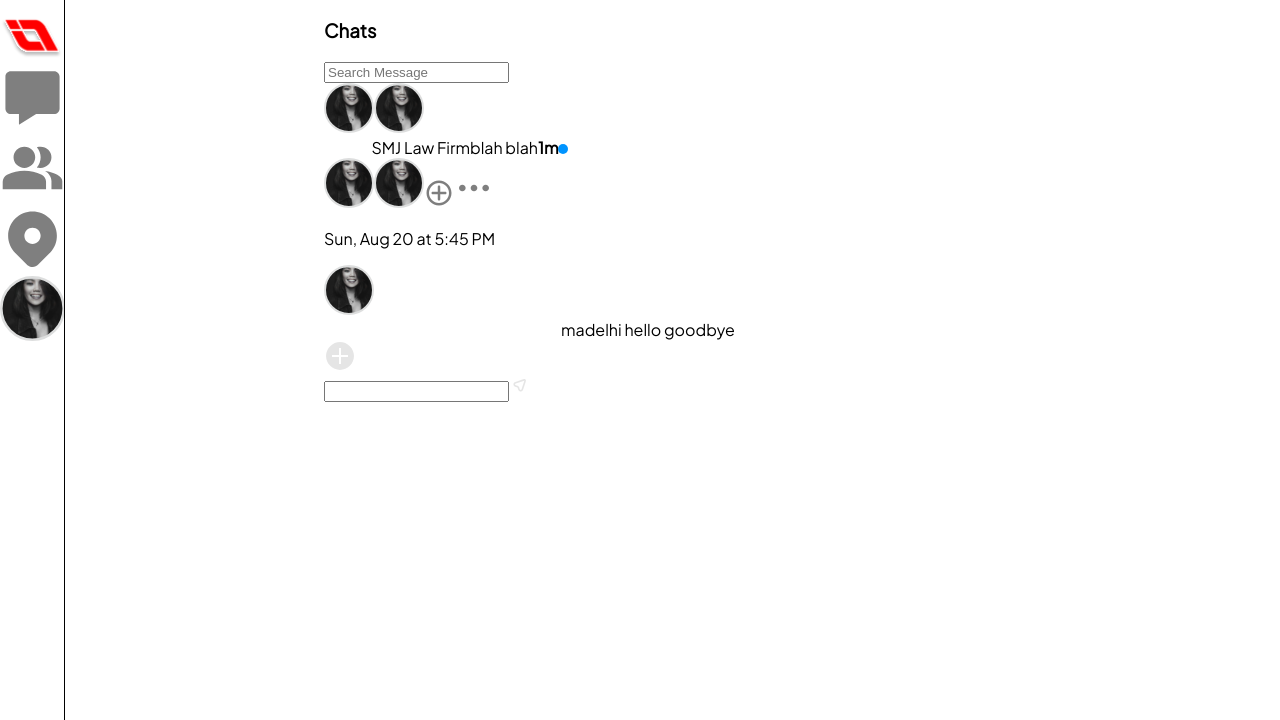
Repository: Nicktacku/LawChat
Page: /homechat (app in frontend/lawchat/)
These files come from the project's save history. The page is drawn as it stood at one moment and after the next save; the edit follows.
The browser window is 1280 px wide. The pictures show the whole page.
The project was rebuilt for these pictures with package versions that can differ from the ones it lists, and the page was loaded fresh each time. Also part of the build but not shown: frontend/lawchat/src/styles/button.css, frontend/lawchat/src/components/Button.js, frontend/lawchat/src/pages/Home.js, frontend/lawchat/src/pages/Login.js, frontend/lawchat/src/pages/Test.js.

Above is the page before, as saved 2024-08-15 14:19:02.

### frontend/lawchat/public/index.html
<!DOCTYPE html>
<html lang="en">
  <head>
    <meta charset="utf-8" />
    <link rel="icon" href="%PUBLIC_URL%/favicon.ico" />
    <meta name="viewport" content="width=device-width, initial-scale=1" />
    <meta name="theme-color" content="#000000" />
    <meta
      name="description"
      content="Web site created using create-react-app"
    />
    <link rel="apple-touch-icon" href="%PUBLIC_URL%/logo192.png" />
    <!--
      manifest.json provides metadata used when your web app is installed on a
      user's mobile device or desktop. See https://developers.google.com/web/fundamentals/web-app-manifest/
    -->
    <link rel="manifest" href="%PUBLIC_URL%/manifest.json" />
    <link
      href="https://fonts.googleapis.com/css?family=Plus Jakarta Sans"
      rel="stylesheet"
    />
    <!--
      Notice the use of %PUBLIC_URL% in the tags above.
      It will be replaced with the URL of the `public` folder during the build.
      Only files inside the `public` folder can be referenced from the HTML.

      Unlike "/favicon.ico" or "favicon.ico", "%PUBLIC_URL%/favicon.ico" will
      work correctly both with client-side routing and a non-root public URL.
      Learn how to configure a non-root public URL by running `npm run build`.
    -->
    <title>React App</title>
  </head>
  <body>
    <noscript>You need to enable JavaScript to run this app.</noscript>
    <div id="root"></div>
    <!--
      This HTML file is a template.
      If you open it directly in the browser, you will see an empty page.

      You can add webfonts, meta tags, or analytics to this file.
      The build step will place the bundled scripts into the <body> tag.

      To begin the development, run `npm start` or `yarn start`.
      To create a production bundle, use `npm run build` or `yarn build`.
    -->
  </body>
</html>

### frontend/lawchat/src/App.js
import Home from "./pages/Home.js";
import Login from "./pages/Login.js";
import HomeChat from "./pages/HomeChat.js";

import {
  createBrowserRouter,
  createRoutesFromElements,
  Route,
  RouterProvider,
} from "react-router-dom";
import Test from "./pages/Test.js";

const router = createBrowserRouter(
  createRoutesFromElements(
    <Route path="/">
      <Route index element={<Home />} />
      <Route path="/login" element={<Login />} />
      <Route path="/homechat" element={<HomeChat />} />
      <Route path="/test" element={<Test />} />
    </Route>
  )
);

function App() {
  return (
    <div className="App">
      {/* <Login /> */}
      <RouterProvider router={router} />
    </div>
  );
}

export default App;

### frontend/lawchat/src/pages/HomeChat.js
import React from "react";

import logo from "../images/logo.svg";
import chaticon from "../images/chaticon.svg";
import friendsicon from "../images/friendsicon.svg";
import locationicon from "../images/locationicon.svg";
import personaldp from "../images/personaldp.svg";

import newchaticon from "../images/newchaticon.svg";
import ChatPreview from "../components/ChatPreview";

import addicon from "../images/addicon.svg";
import tripledoticon from "../images/tripledoticon.svg";
import ChatBubble from "../components/ChatBubble";

import attachicon from "../images/attachicon.svg";

import sendicon from "../images/sendicon.svg";

import "../styles/homechat.css";

const HomeChat = () => {
  return (
    <div className="container">
      <div className="sidebar">
        <img src={logo} className="img" /> <br />
        <img src={chaticon} className="img" /> <br />
        <img src={friendsicon} className="img" /> <br />
        <img src={locationicon} className="img" /> <br />
        <img src={personaldp} className="img" /> <br />
      </div>
      <div className="chats">
        <h3 className="h3">
          <b>Chats</b>
        </h3>
        <image src={newchaticon} />
        <form>
          <input type="text" placeholder="Search Message" />
        </form>
        <ChatPreview name="SMJ Law Firm" preview="blah blah" />
      </div>
      <div className="chat">
        <div className="chat-bar">
          <img src={personaldp} />
          <img src={personaldp} />
          <img src={addicon} />
          <img src={tripledoticon} />
        </div>
        <div className="chat-content">
          <p>Sun, Aug 20 at 5:45 PM</p>
          <ChatBubble name="madel" message="hi hello goodbye" />
        </div>
        <div className="chatbox">
          <img src={attachicon} />
          <form>
            <input type="text" placeholder="" />
            <img src={sendicon} />
          </form>
        </div>
      </div>
    </div>
  );
};

export default HomeChat;

### frontend/lawchat/src/styles/home.css
body {
    font-family: 'Plus Jakarta Sans';
}

.body {
    padding-left: 5%;
    padding-right: 5%;
}

.navbar {
    overflow: hidden;
    border-bottom: 1px solid rgba(129, 133, 137, 0.3);
    padding-left: 3%;
    padding-right: 3%;
}



.nav-list {
    list-style-type: none;
    margin: 0;
    padding: 0;
    text-align: center;
}

.nav-item {
    float: right;
    padding: 2vh;
}

.logo{
    overflow: hidden;
    float:left;
}

.body-content {
    width: 40%;
    float: left;
    justify-content: center;
}

.body-image {
    width: 60%;
    float: right;
}

.h1{
    font-size: 18vh;
    margin-top: 30%;
}

.p {
    font-size: 5vh;
    color: gray;
}

.stores {
    justify-content: space-around;
}

.body-image {
    position: relative;
}

/* .body-image-content {
    position: absolute;
    width: 100px;
    height: 100px;
    border: 1px solid red;
} */

### frontend/lawchat/src/components/ChatPreview.js
import React from "react";

import personaldp from "../images/personaldp.svg";
import bluedot from "../images/bluedot.svg";

function ChatPreview(props) {
  return (
    <div className="container">
      <div className="images">
        <img src={personaldp} />
        <img src={personaldp} />
      </div>
      <div className="body">
        {props.name}
        {props.preview}
        <b>1m</b>
        <img src={bluedot} />
      </div>
    </div>
  );
}

export default ChatPreview;

### frontend/lawchat/src/components/ChatBubble.js
import React from "react";

import personaldp from "../images/personaldp.svg";

function ChatBubble(props) {
  return (
    <div className="container">
      <img src={personaldp} />
      <div className="chat">
        {props.name}
        {props.message}
      </div>
    </div>
  );
}

export default ChatBubble;

### frontend/lawchat/src/styles/homechat.css
.sidebar {
    height: 100%;
    width: 5%;
    position: fixed;
    top: 0;
    left: 0;
    overflow-x: hidden;
    padding-top: 16px;
    border-right: 1px solid black;
  }

.chat {
    margin-left: 25%
}

.chats {
    margin-left: 25%
}

.img{
    width: 9vh;
    padding-bottom: 2%;
  }

Loaded but not shown: frontend/lawchat/src/index.js (common file)

After the next save:
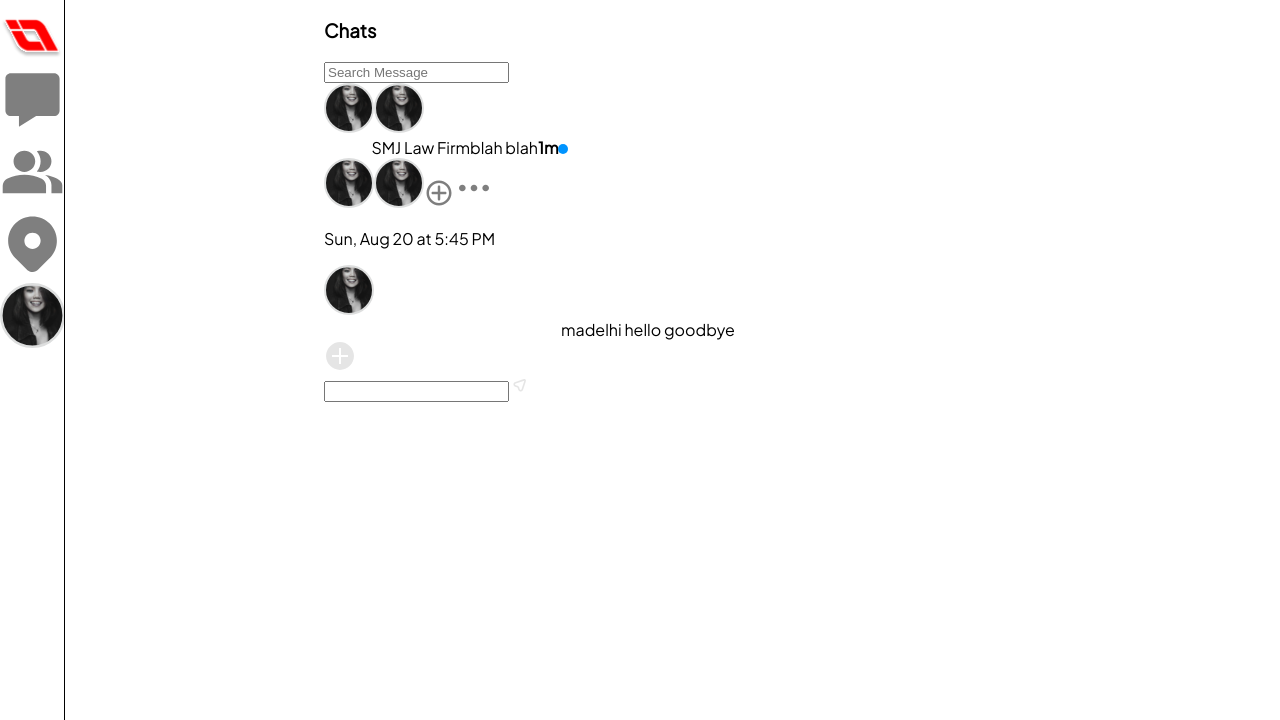
Saved 5 s later.
--- a/frontend/lawchat/src/styles/homechat.css
+++ b/frontend/lawchat/src/styles/homechat.css
@@ -19,5 +19,5 @@
 
 .img{
     width: 9vh;
-    padding-bottom: 2%;
+    padding-bottom: 5%;
   }
